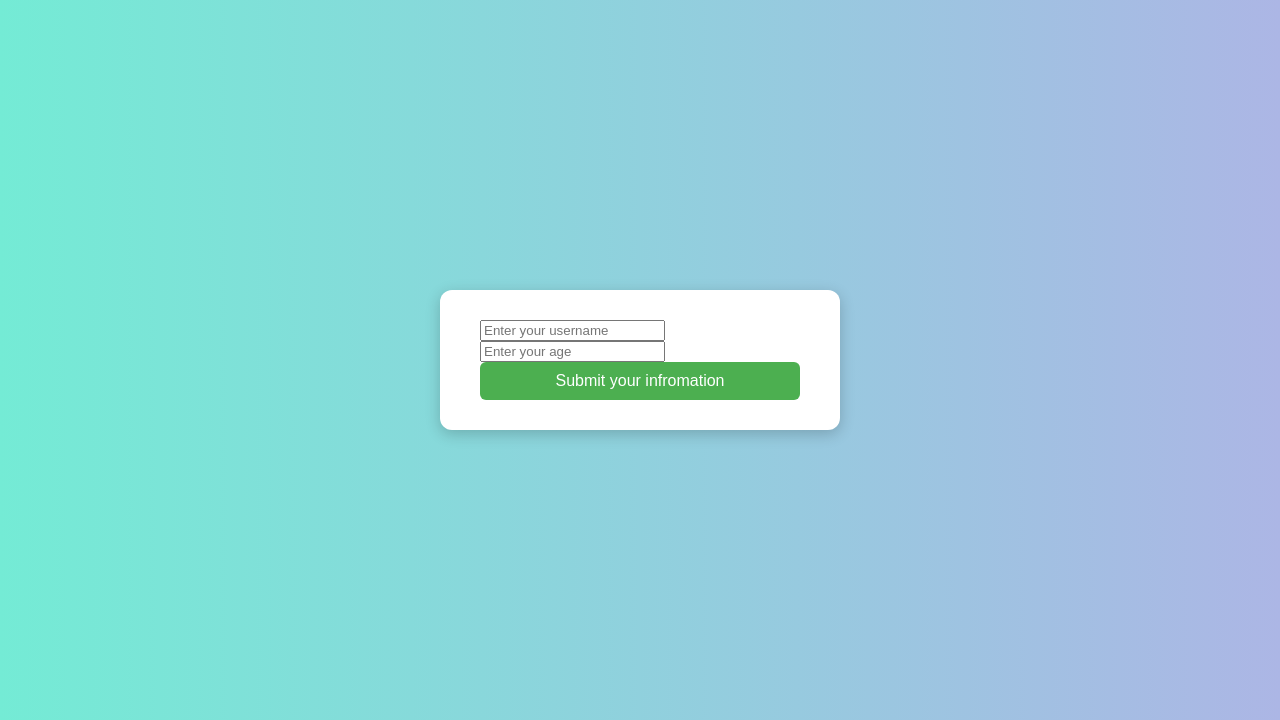
Repository: AkshayKPrajapati/CodingHub
Page: Servlet/WebContent/urlRedirect.html
An editor plug-in stored every save of this project. The page is shown before and after the next save, followed by the edit.
The browser window is 1280 px wide. The pictures show the whole page.

Above is the page before, as saved 2025-10-17 00:53:01.

### Servlet/WebContent/urlRedirect.html
<!DOCTYPE html>
<html>
<head>
  <meta charset="UTF-8">
  <title>URL Redirect </title>
  <style>
    /* --- Page Styling --- */
    body {
      font-family: Arial, sans-serif;
      background: linear-gradient(to right, #74ebd5, #ACB6E5);
      display: flex;
      justify-content: center;
      align-items: center;
      height: 100vh;
      margin: 0;
    }

    /* --- Form Container --- */
    form {
      background-color: #fff;
      padding: 30px 40px;
      border-radius: 12px;
      box-shadow: 0 4px 15px rgba(0, 0, 0, 0.2);
      width: 320px;
    }

    h2 {
      text-align: center;
      color: #333;
      margin-bottom: 20px;
    }

    /* --- Input Fields --- */
    input[type="password"],
    input[type="email"] {
      width: 100%;
      padding: 10px;
      margin: 8px 0;
      border: 1px solid #ccc;
      border-radius: 6px;
      font-size: 16px;
    }

    /* --- Button Styling --- */
    button {
      width: 100%;
      padding: 10px;
      background-color: #4CAF50;
      border: none;
      color: white;
      border-radius: 6px;
      font-size: 16px;
      cursor: pointer;
      transition: background 0.3s ease;
    }

    button:hover {
      background-color: #45a049;
    }
  </style>
</head>
<body>
  <form action="urlRedirect" method="get">
    <input type="text" placeholder="Enter your username" name="username" required><br>
    <input type="number" placeholder="Enter your age" name="age" required><br>
    <button type="submit">Submit your infromation</button>
  </form>
</body>
</html>

After the next save:
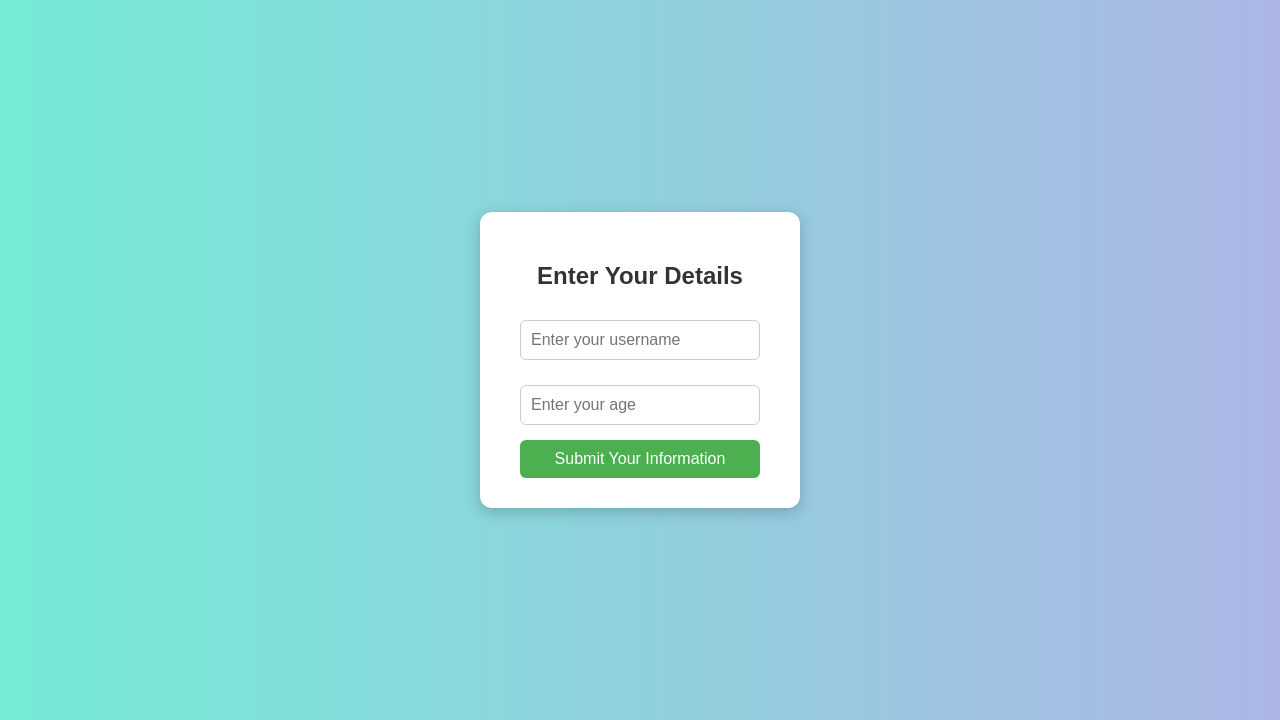
Saved 3 min 35 s later.
--- a/Servlet/WebContent/urlRedirect.html
+++ b/Servlet/WebContent/urlRedirect.html
@@ -1,8 +1,8 @@
 <!DOCTYPE html>
-<html>
+<html lang="en">
 <head>
   <meta charset="UTF-8">
-  <title>URL Redirect </title>
+  <title>URL Redirect</title>
   <style>
     /* --- Page Styling --- */
     body {
@@ -22,6 +22,7 @@
       border-radius: 12px;
       box-shadow: 0 4px 15px rgba(0, 0, 0, 0.2);
       width: 320px;
+      box-sizing: border-box;
     }
 
     h2 {
@@ -31,14 +32,15 @@
     }
 
     /* --- Input Fields --- */
-    input[type="password"],
-    input[type="email"] {
+    input[type="text"],
+    input[type="number"] {
       width: 100%;
       padding: 10px;
-      margin: 8px 0;
+      margin: 10px 0 15px;
       border: 1px solid #ccc;
       border-radius: 6px;
       font-size: 16px;
+      box-sizing: border-box;
     }
 
     /* --- Button Styling --- */
@@ -61,9 +63,10 @@
 </head>
 <body>
   <form action="urlRedirect" method="get">
-    <input type="text" placeholder="Enter your username" name="username" required><br>
-    <input type="number" placeholder="Enter your age" name="age" required><br>
-    <button type="submit">Submit your infromation</button>
+    <h2>Enter Your Details</h2>
+    <input type="text" placeholder="Enter your username" name="username" required>
+    <input type="number" placeholder="Enter your age" name="age" required>
+    <button type="submit">Submit Your Information</button>
   </form>
 </body>
 </html>
